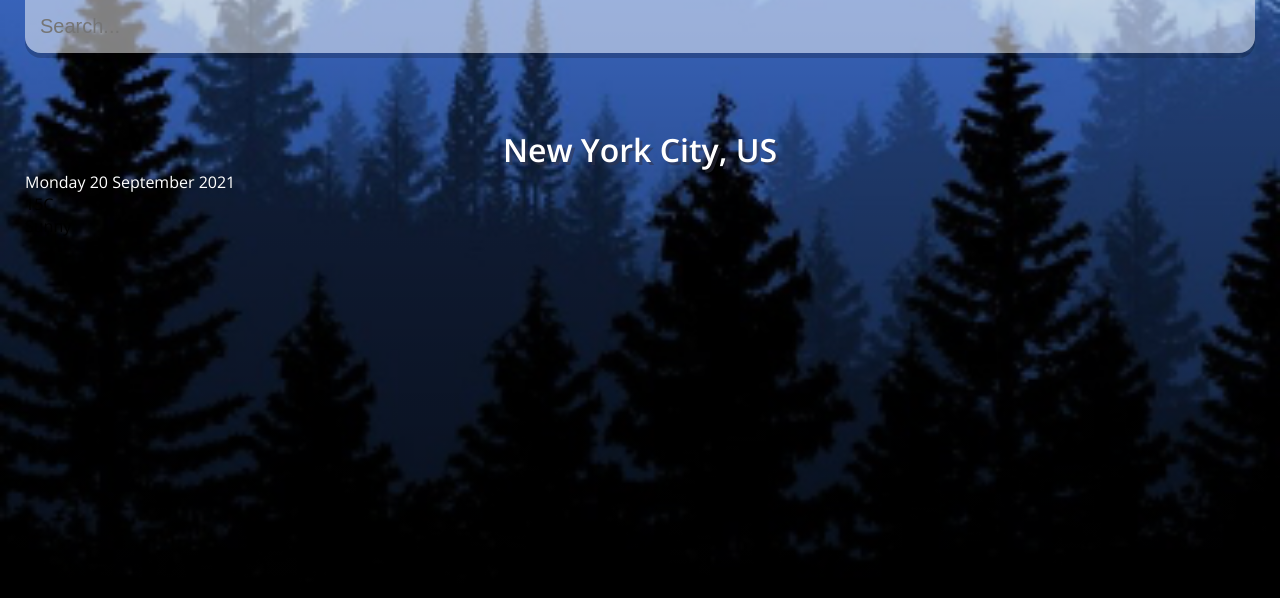
Repository: kate30980/weather-app-reactjs
Page: /
The author's editor kept a copy of each file at every save. The page is drawn from the files as they stood at one save, then again after a run of saves.
The browser window is 1280 px wide. The pictures show the whole page.
The project was rebuilt for these pictures with package versions that can differ from the ones it lists, and the page was loaded fresh each time. Also part of the build but not shown: src/App.css.

Above is the page before, as saved 2021-09-20 15:34:42.

After the next 2 saves:
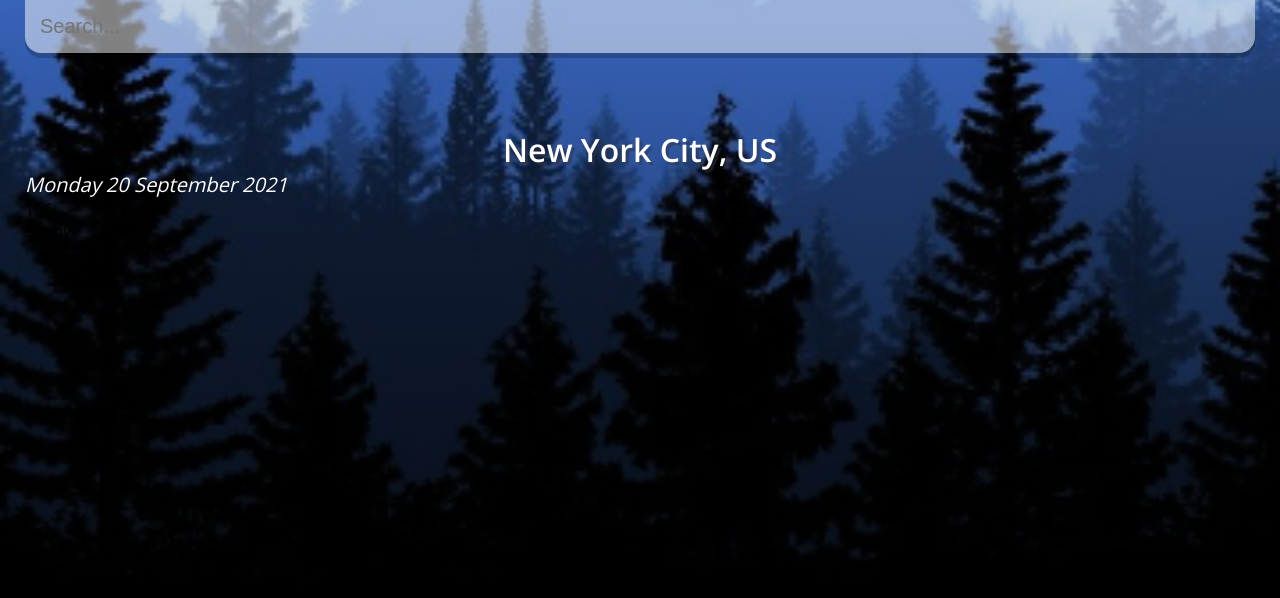
The 2 saves are shown as one change because they came seconds apart.
The last was saved 19 s later.
--- a/src/index.css
+++ b/src/index.css
@@ -59,4 +59,7 @@ main{
 }
 .location-box .date{
   color: #fff;
+  font-size: 20px;
+  font-weight: 400;
+  font-style: italic;
 }
